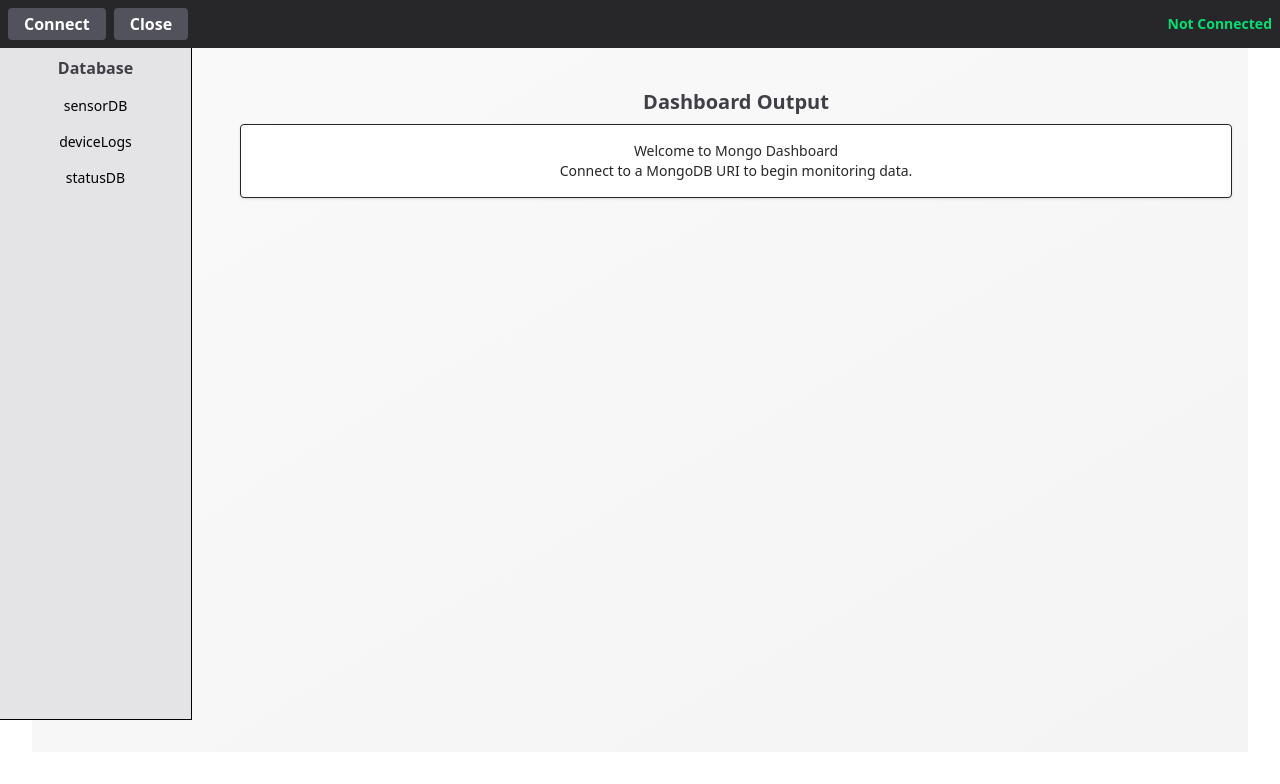
Repository: aryan151pratap/Dashboard
Page: / (app in frontened/), after clicking the first element matching `ul.text-sm > :nth-child(2)`
The author's editor kept a copy of each file at every save. The page is drawn from the files as they stood at one save, then again after the next save.
The browser window is 1280 px wide. The pictures show the whole page.
The project was rebuilt for these pictures with package versions that can differ from the ones it lists, and the page was loaded fresh each time. Also part of the build but not shown: frontened/vite.config.js, frontened/src/component/connect.jsx.

Above is the page before, as saved 2025-06-24 14:14:11.

### frontened/index.html
<!doctype html>
<html lang="en">
  <head>
    <meta charset="UTF-8" />
    <link rel="icon" type="image/svg+xml" href="/vite.svg" />
    <meta name="viewport" content="width=device-width, initial-scale=1.0" />
    <title>Dashboard</title>
    <script src="https://cdn.jsdelivr.net/npm/@tailwindcss/browser@4"></script>

  </head>
  <body>
    <div id="root"></div>
    <script type="module" src="/src/main.jsx"></script>
  </body>
</html>

### frontened/src/App.jsx
import { useState } from 'react'
import './App.css'
import Dashboard from './component/dashboard'

function App() {

  return (
    <>
    <div className='h-screen w-full'>
      <Dashboard/>
    </div>
    </>
  )
}

export default App

### frontened/src/component/dashboard.jsx
import Bar from "./bar";

function Dashboard(){
	return(
		<>
		<div className="h-full w-full bg-gradient-to-br from-zinc-50 to-zinc-100">
			<Bar/>
		</div>
		</>
	)
}

export default Dashboard;

### frontened/src/component/bar.jsx
import { useState } from "react";
import Connect from "./connect";
import Left_bar from "./left_bar";
import Right_bar from "./right_bar";

function Bar() {
  const [buttons] = useState(["connect", "close"]);
  const [showModal, setShowModal] = useState(false);
  const [uri, setUri] = useState("");
  const [connected, setConnected] = useState(false);

  return (
    <div>
		{/* Top Navbar */}
		<div className="w-full fixed top-0 left-0 flex justify-between items-center p-2 bg-zinc-800 text-white z-10">
			<div className="flex gap-2">
			{buttons.map((i, index) => (
				<button
				key={index}
				onClick={() => i === "connect" && setShowModal(true)}
				className="capitalize font-semibold bg-zinc-600 px-4 py-1 rounded hover:bg-zinc-700"
				>
				{i}
				</button>
			))}
			</div>
			<p className="font-semibold text-green-400 text-sm">
			{connected ? "Connected" : "Not Connected"}
			</p>
		</div>

		<div className="h-screen flex flex-col">

			<Left_bar/>

			<Right_bar/>

		</div>

		{showModal && (
			<Connect
				uri={uri}
				setUri={setUri}
				setConnected={setConnected}
				setShowModal={setShowModal}
			/>
		)}
    </div>
  );
}

export default Bar;

### frontened/src/component/left_bar.jsx
import { useState } from "react";
import clusterData from "../data/clusterData";

function Left_bar(){
	const [current_database, setCurrent_database] = useState('');
	return(
		<>
		<div className="h-fit sm:h-full w-full pt-12 sm:w-48 bg-zinc-200 sm:fixed left-0 top-0 border-b sm:border-r">

			<p className="sm:text-center font-bold px-4 py-2 text-zinc-700">Database</p>

			<ul className="px-4 text-sm flex sm:flex-col flex-row gap-4 py-2">
			{clusterData.databases.map((i, index) => (
				<li className="hover:underline cursor-pointer"
				onClick={() => setCurrent_database(i)}
				>
					{i.name}
				</li>
			))}
			</ul>
		</div>
		</>
	)
}

export default Left_bar;

### frontened/src/component/right_bar.jsx
function Right_bar(){
	return(
		<>
		<div className="sm:ml-48 pt-14 p-4">
			<h1 className="text-xl font-bold mb-2 text-zinc-700">Dashboard Output</h1>
			<div className="bg-white p-4 border rounded shadow text-sm text-zinc-800">
			<p>Welcome to Mongo Dashboard</p>
			<p>Connect to a MongoDB URI to begin monitoring data.</p>
			</div>
		</div>
		</>
	)
}

export default Right_bar;

### frontened/src/data/clusterData.js
const clusterData = {
  name: "iotCluster",
  uri: "mongodb+srv://admin:pass@iotcluster.mongodb.net", // optional metadata
  databases: [
    {
      name: "sensorDB",
      collections: ["temperature", "humidity", "pressure"]
    },
    {
      name: "deviceLogs",
      collections: ["bootLogs", "errorLogs", "runtimeStats"]
    },
    {
      name: "statusDB",
      collections: ["uptime", "statusHistory", "batteryHealth"]
    }
  ]
};

export default clusterData;

Loaded but not shown: frontened/src/main.jsx (common file); frontened/src/App.css (common file)

After the next save:
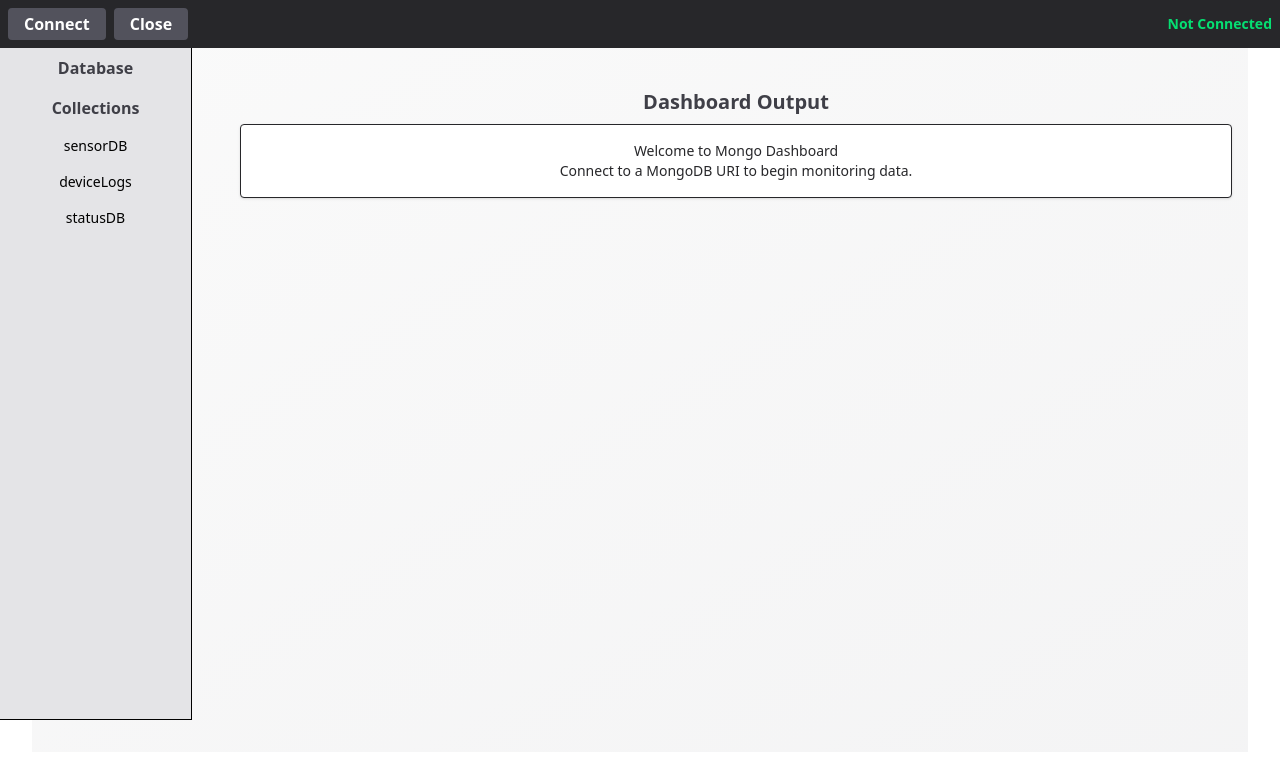
Saved 45 s later.
--- a/frontened/src/component/left_bar.jsx
+++ b/frontened/src/component/left_bar.jsx
@@ -7,7 +7,11 @@ function Left_bar(){
 		<>
 		<div className="h-fit sm:h-full w-full pt-12 sm:w-48 bg-zinc-200 sm:fixed left-0 top-0 border-b sm:border-r">
 
-			<p className="sm:text-center font-bold px-4 py-2 text-zinc-700">Database</p>
+			<div>
+				<button className="sm:text-center font-bold px-4 py-2 text-zinc-700">Database</button>
+				<button className="sm:text-center font-bold px-4 py-2 text-zinc-700">Collections</button>
+			</div>
+
 
 			<ul className="px-4 text-sm flex sm:flex-col flex-row gap-4 py-2">
 			{clusterData.databases.map((i, index) => (
